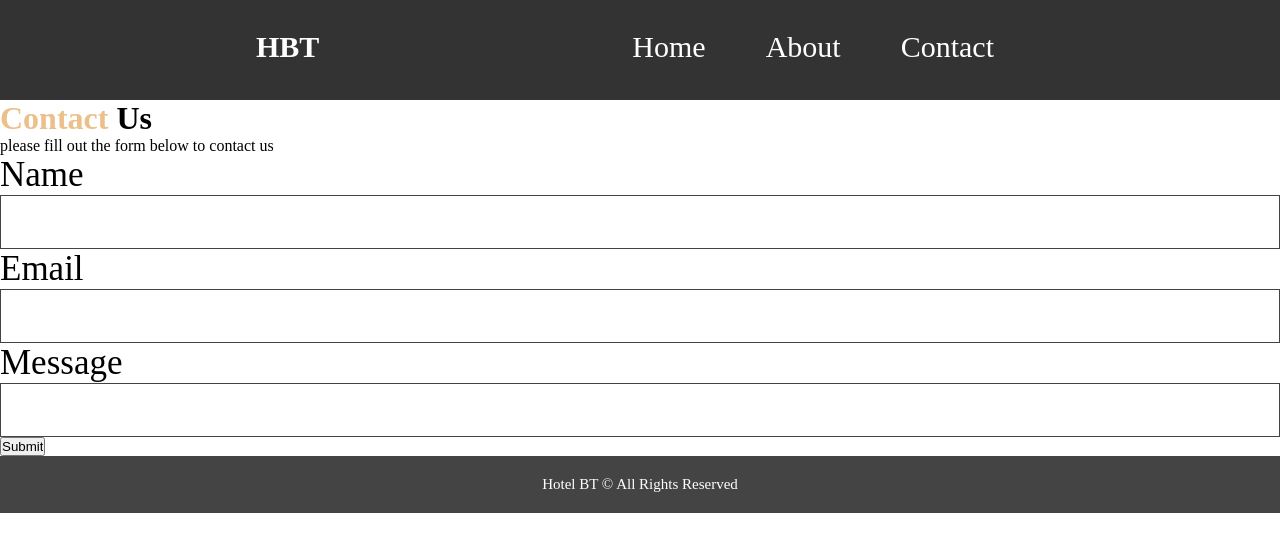
Repository: reemoon-ctrl/hotel-website
Page: 35 - hotel-website/contact.html
These files come from the project's save history. The page is drawn as it stood at one moment and after a run of saves; the edit follows.
The browser window is 1280 px wide. The pictures show the whole page.

Above is the page before, as saved 2024-07-22 09:36:20.

After the next 3 saves:
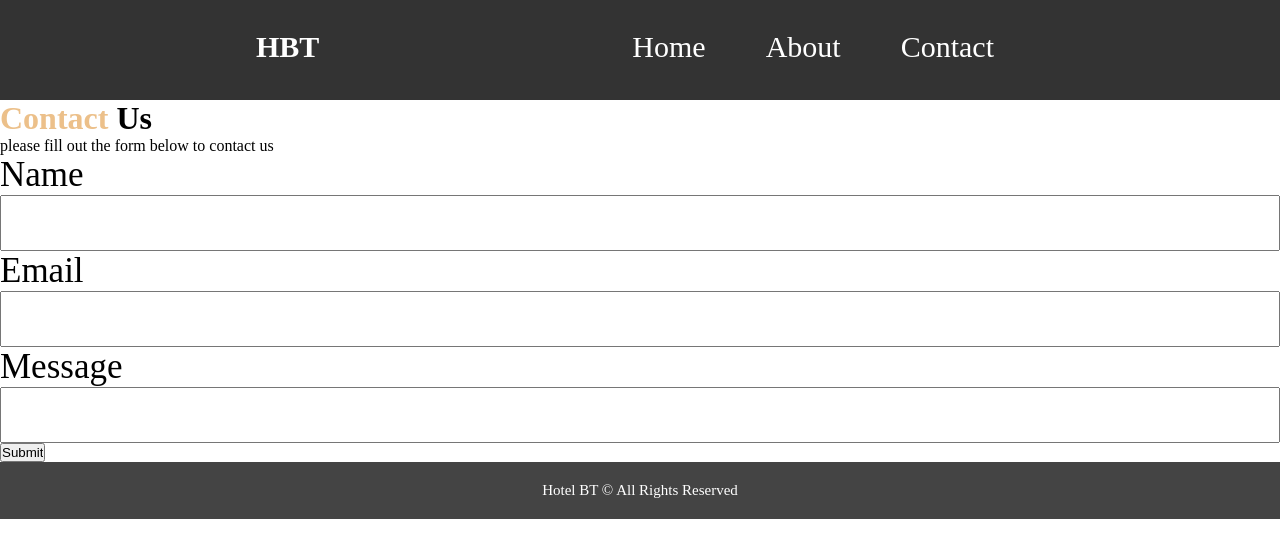
The 3 saves are shown as one change because they came seconds apart.
The last was saved 13 s later.
--- a/35 - hotel-website/index.css
+++ b/35 - hotel-website/index.css
@@ -281,7 +281,7 @@ color: #333333;
     width:100%;
     padding:10px;
     font-size: 28px;
-    border:#444444 solid 1px;
+    border:# solid 1px;
 
 }
 .form-label{
